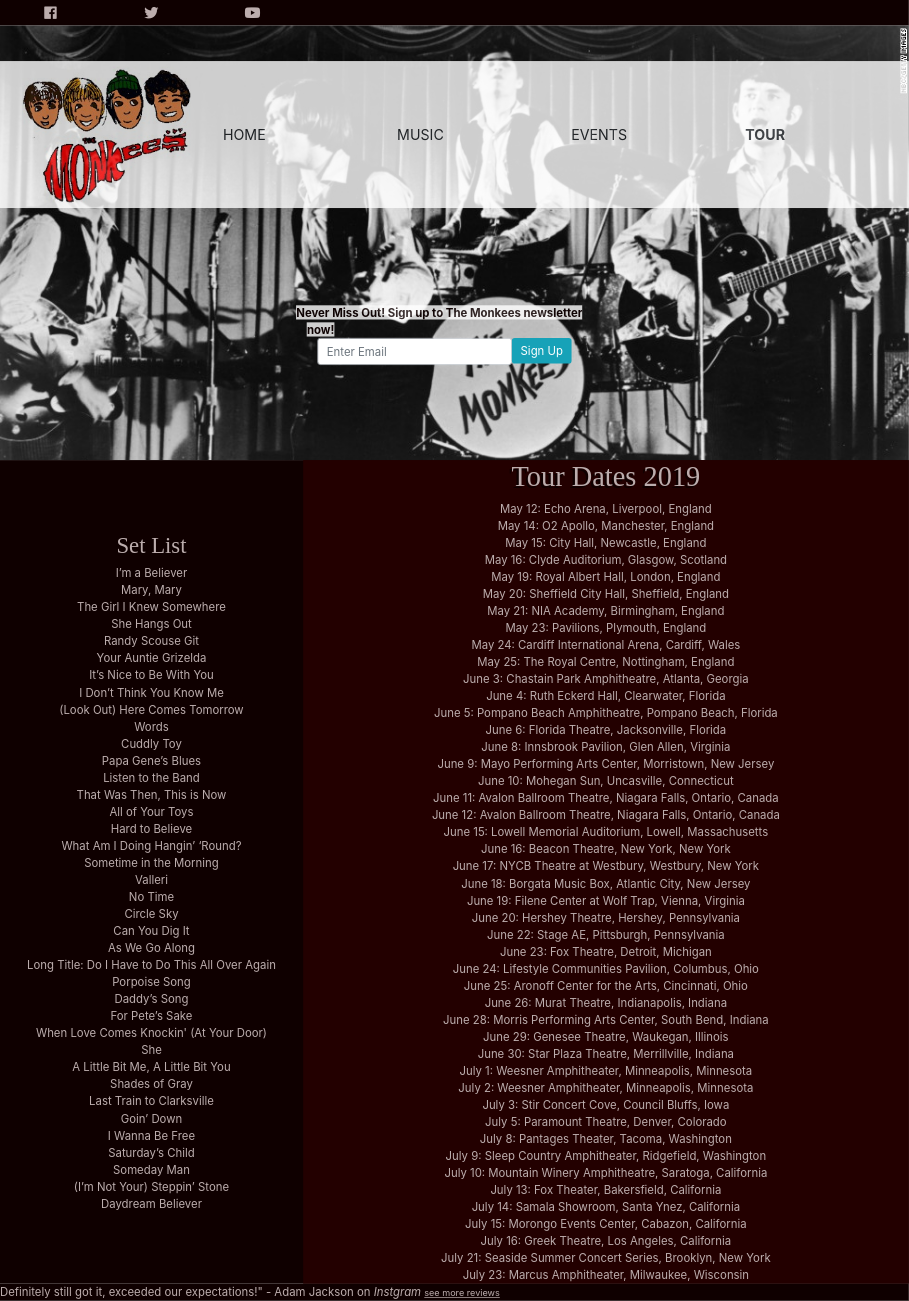
Repository: Heywood93/first-milestone-project
Page: tour.html
The author's editor kept a record of every edit. The page is drawn from the files as they stood at one moment, then again after the next edit.
The browser window is 1280 px wide. The pictures show the whole page, at 71% of full size.
Some web fonts or font styles are not loaded; a fallback is used. Some web libraries are served in a nearby version.

Above is the page before.

After the next edit:
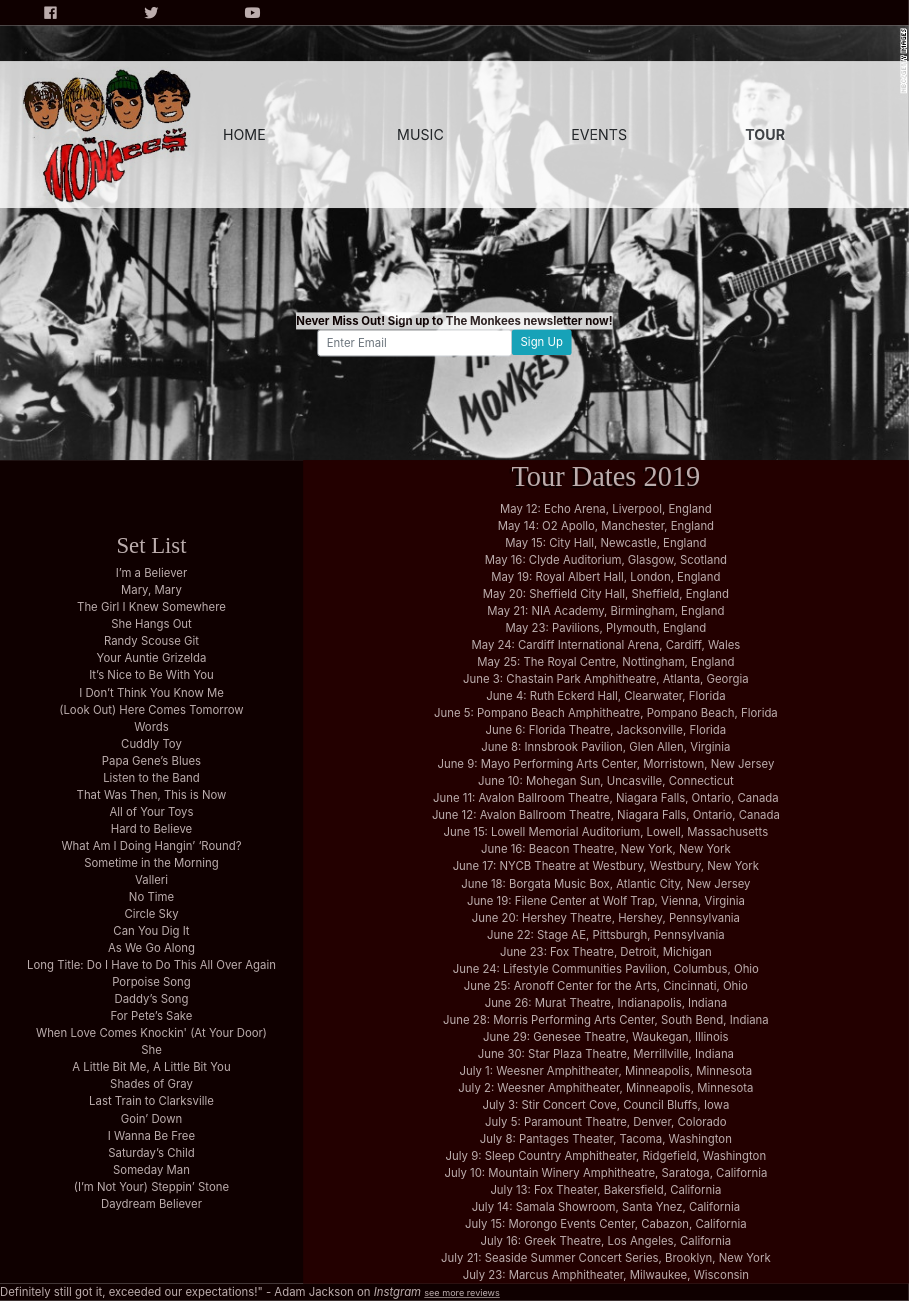
The edit:
--- a/tour.html
+++ b/tour.html
@@ -67,7 +67,7 @@
         </div>
 
         <div class="email">
-            <div class="row d-inline font-weight-bold sign-up align-text-middle">Never Miss Out! Sign up to The Monkees newsletter now!</div>
+            <div class="row font-weight-bold sign-up align-text-middle justify-content-center">Never Miss Out! Sign up to <br class="d-md-none">The Monkees newsletter now!</div>
             <div class="row container-fluid mx-auto">
                 <div class="d-inline"><input type="text" class="form-control" id="NewsletterSignUp" placeholder="Enter Email"></div>
                 <div class="d-inline"><button type="submit" class="btn btn-info">Sign Up</button></div>
